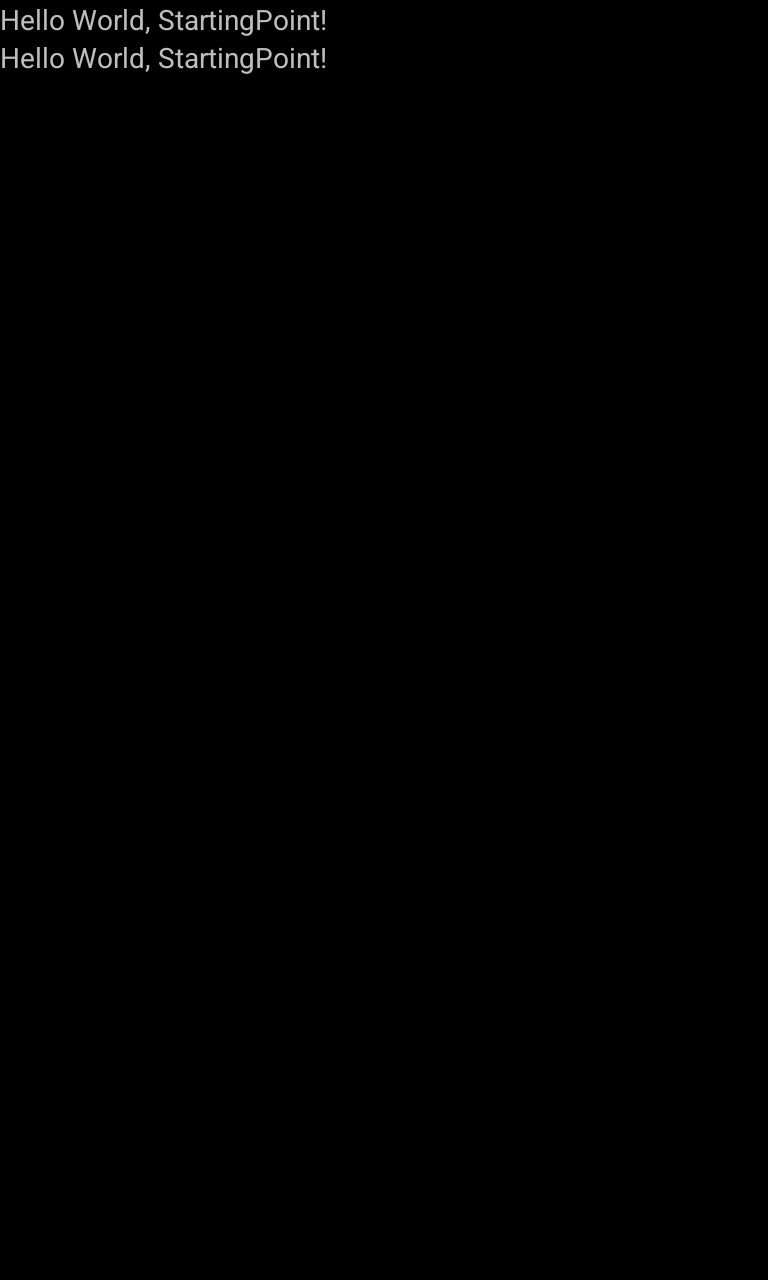
Repository: mcranwill/java_android
Layout: newboston/res/layout/main.xml
An editor plug-in stored every save of this project. The layout is shown before and after the next save, followed by the edit.
It is drawn on a 768 x 1280 px phone screen (xhdpi) without system bars, with theme android:Theme; the app's code is not run.

Above is the layout before, as saved 2012-06-08 03:20:50.

### newboston/res/layout/main.xml
<?xml version="1.0" encoding="utf-8"?>
<LinearLayout xmlns:android="http://schemas.android.com/apk/res/android"
    android:layout_width="fill_parent"
    android:layout_height="fill_parent"
    android:orientation="vertical" >

    <TextView
        android:layout_width="fill_parent"
        android:layout_height="wrap_content"
        android:text="@string/hello" />
     <TextView
        android:layout_width="fill_parent"
        android:layout_height="wrap_content"
        android:text="@string/hello" />

</LinearLayout>

### newboston/res/values/strings.xml
<?xml version="1.0" encoding="utf-8"?>
<resources>

    <string name="hello">Hello World, StartingPoint!</string>
    <string name="app_name">Newboston</string>

</resources>

After the next save:
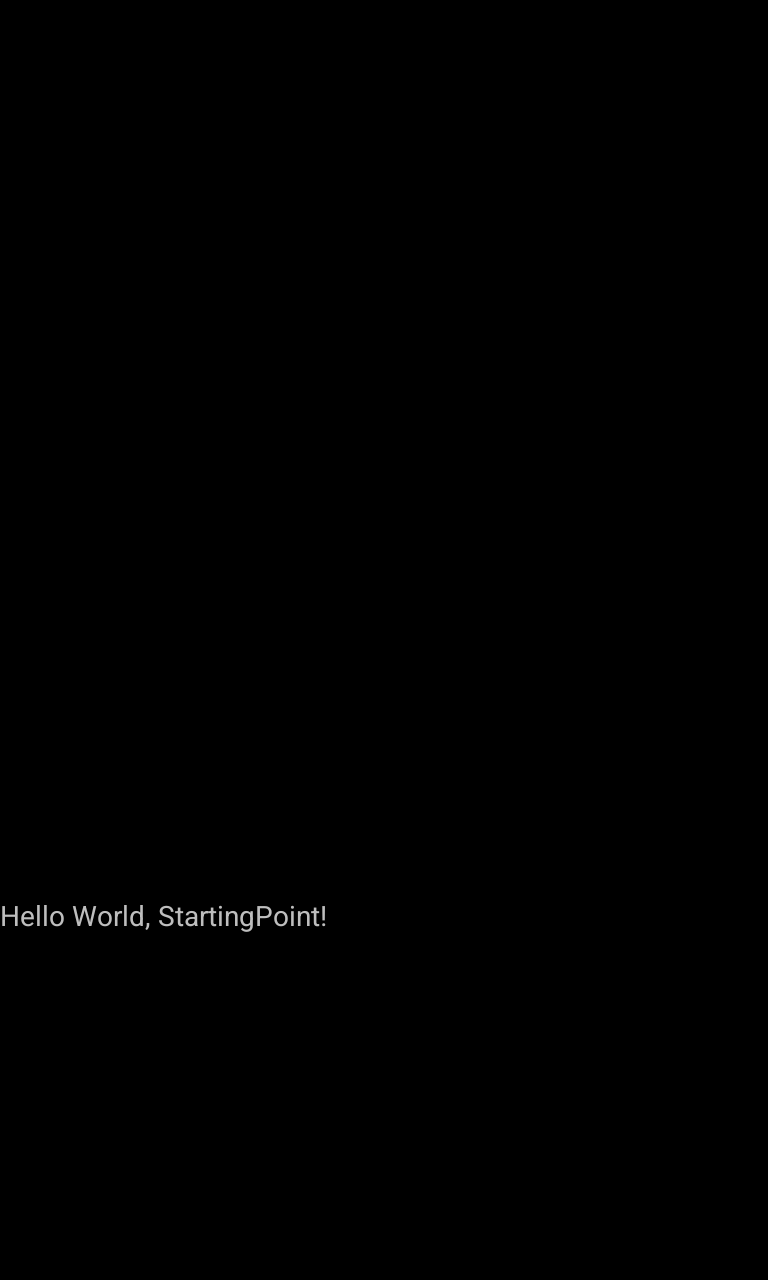
Saved 66 s later.
--- a/newboston/res/layout/main.xml
+++ b/newboston/res/layout/main.xml
@@ -5,7 +5,7 @@
     android:orientation="vertical" >
 
     <TextView
-        android:layout_width="fill_parent"
+        android:layout_width="wrap_parent"
         android:layout_height="wrap_content"
         android:text="@string/hello" />
      <TextView

After the save that followed:
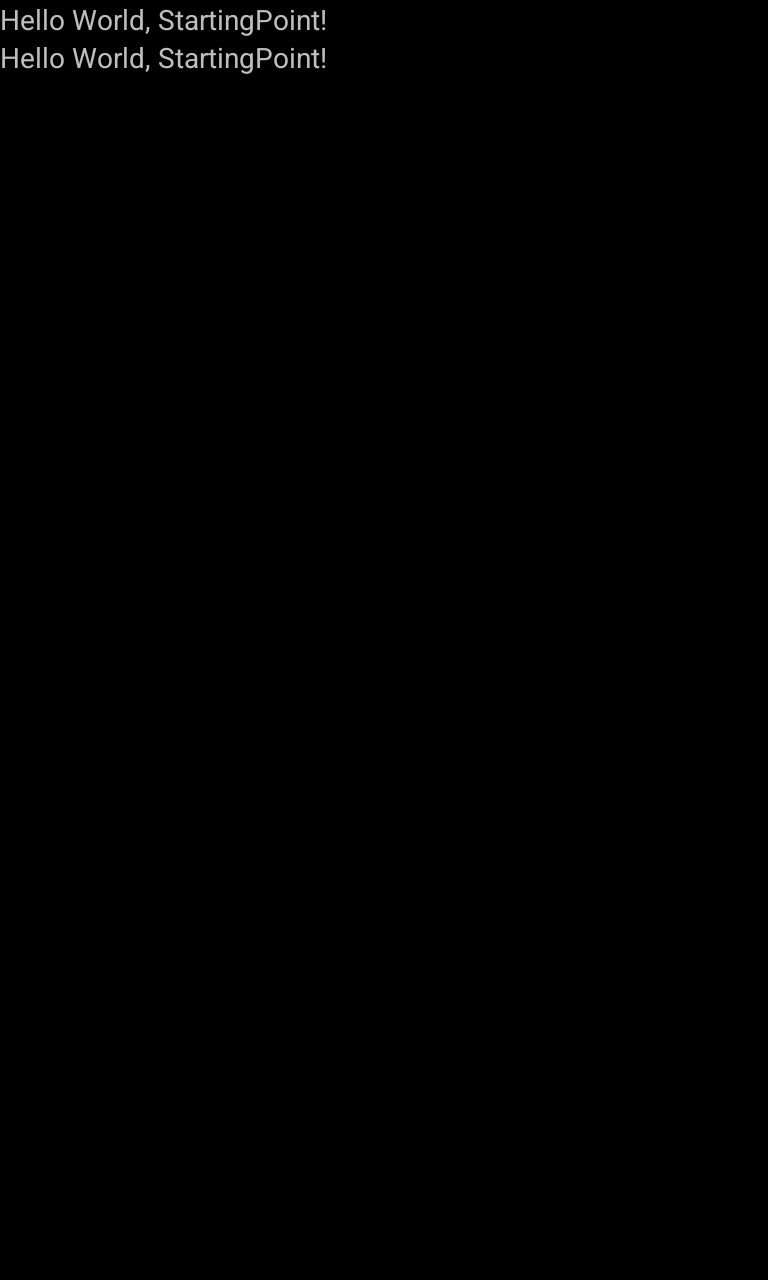
Saved 30 s later.
--- a/newboston/res/layout/main.xml
+++ b/newboston/res/layout/main.xml
@@ -5,7 +5,7 @@
     android:orientation="vertical" >
 
     <TextView
-        android:layout_width="wrap_parent"
+        android:layout_width="wrap_content"
         android:layout_height="wrap_content"
         android:text="@string/hello" />
      <TextView
